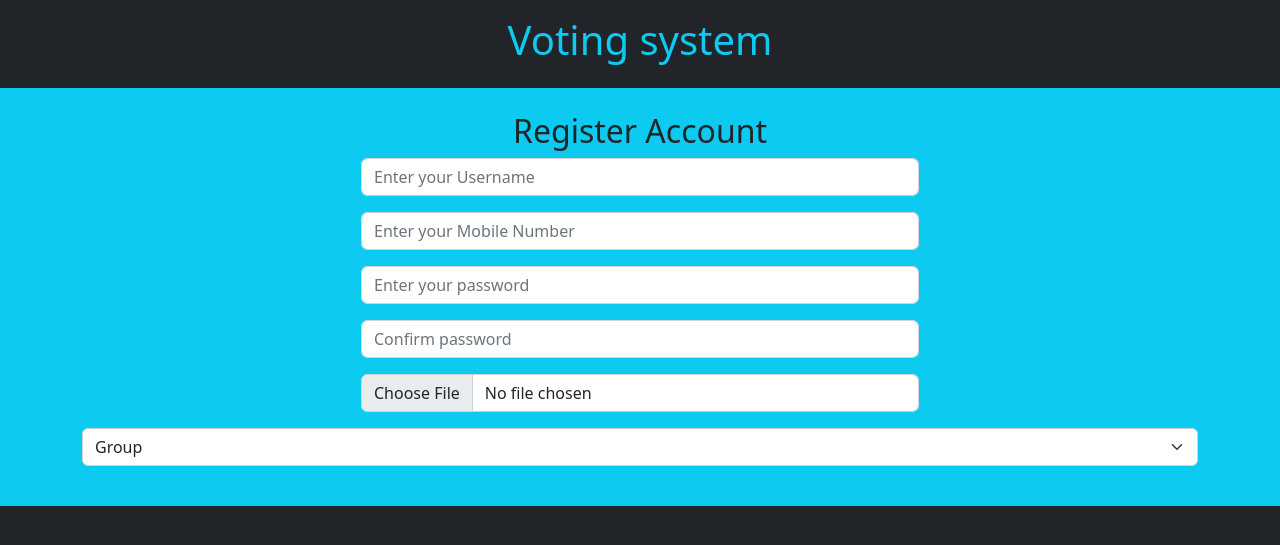
Repository: AvinashLikesToLearnNewStuff/VotingSite
Page: http://localhost/partials/registration.php
The author's editor kept a copy of each file at every save. The page is drawn from the files as they stood at one save, then again after the next save.
The browser window is 1280 px wide. The pictures show the whole page.
The page is run by PHP 8.4 with error messages shown; the project is at /var/www/html/.

Above is the page before, as saved 2023-03-09 10:33:59.

After the next save:
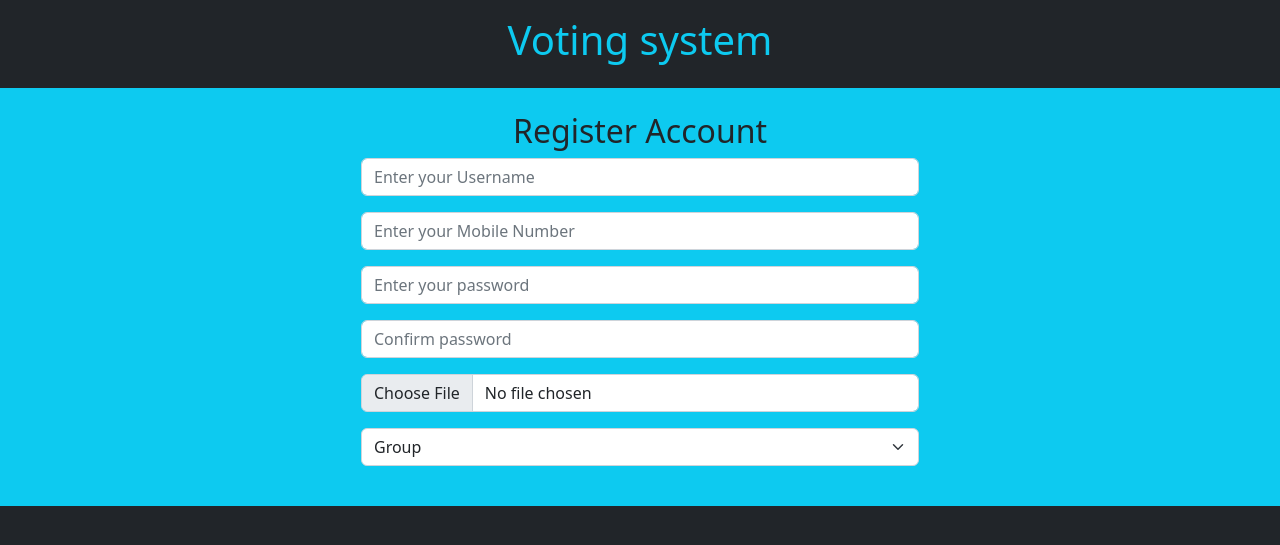
Saved 6 s later.
--- a/partials/registration.php
+++ b/partials/registration.php
@@ -35,7 +35,7 @@
                 </div>
 
                 <div class="mb-3">
-                    <select name="std" class="form-select" >
+                    <select name="std" class="form-select w-50 m-auto" >
                         <option value="group">Group</option>
                         <option value="voter">Voter</option>
                     </select>
